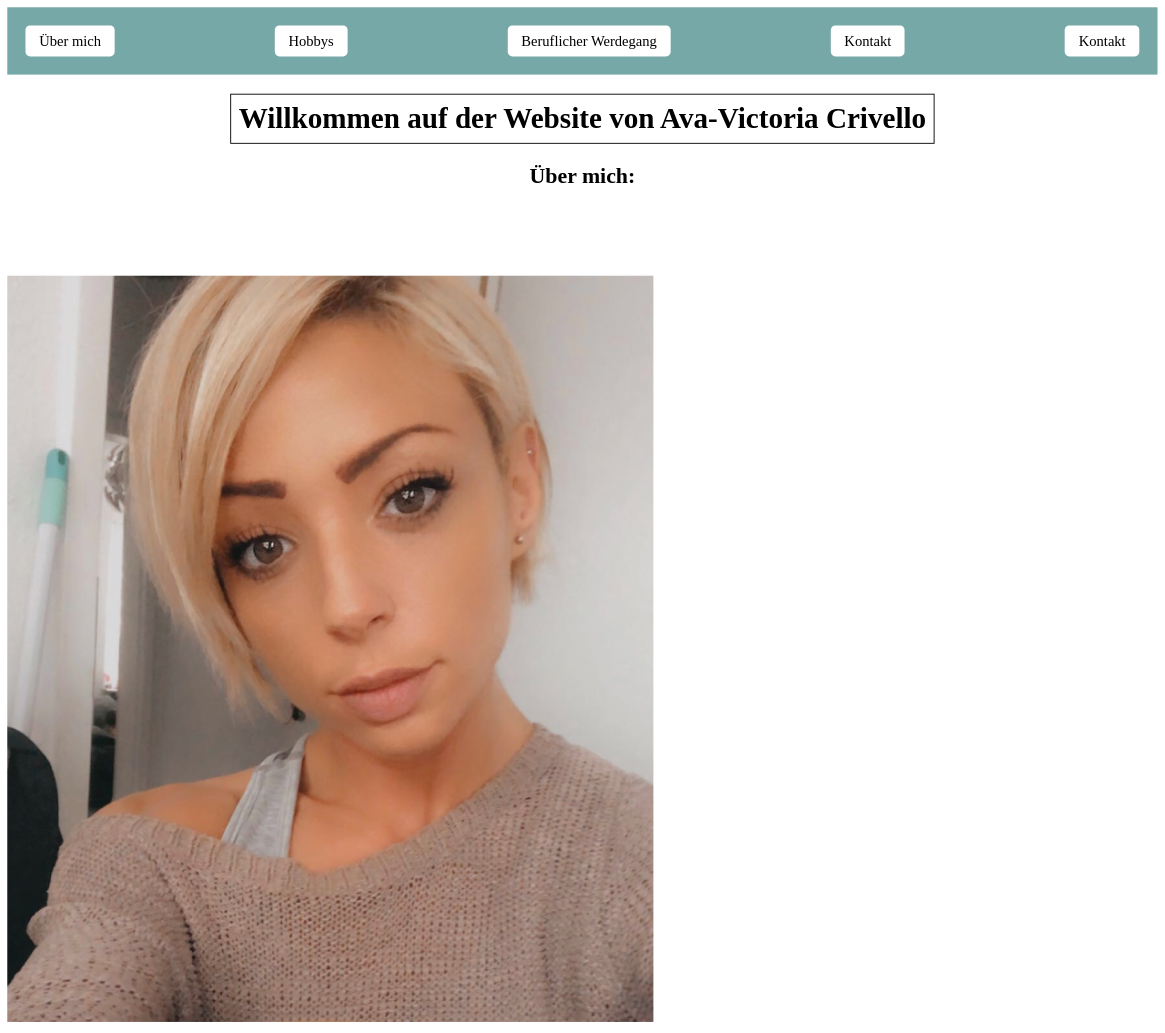
Repository: Ava-VictoriaCrivello/website
Page: index.html
The author's editor kept a copy of each file at every save. The page is drawn from the files as they stood at one save, then again after the next save.
The browser window is 1280 px wide. The pictures show the whole page, at 91% of full size.
Some web fonts or font styles are not loaded; a fallback is used.

Above is the page before, as saved 2022-05-29 14:38:00.

### index.html
<!DOCTYPE html>
<html lang="en">
  <head>
    <meta charset="UTF-8" />
    <meta http-equiv="X-UA-Compatible" content="IE=edge" />
    <meta name="viewport" content="width=device-width, initial-scale=1.0" />
    <title>website</title>
    <link rel="stylesheet" href="style.css" />
    <link rel="preconnect" href="https://fonts.googleapis.com" />
    <link rel="preconnect" href="https://fonts.gstatic.com" crossorigin />
    <link
      href="https://fonts.googleapis.com/css2?family=Tiro+Telugu:ital@1&display=swap"
      rel="stylesheet"
    />
  </head>
  <body>
    <nav>
      <a class="button" href="name.#aboutme">Über mich</a>
      <a class="button" href="name.#hobbys">Hobbys</a>
      <a class="button" href="name.#work">Beruflicher Werdegang</a>
      <a class="button" href="name.#contact">Kontakt</a>
      <a class="button" href="name.#contact">Kontakt</a>
    </nav>

    <h1>Willkommen auf der Website von Ava-Victoria Crivello</h1>
    <h2>Über mich:</h2>
  </body>
  <article>
    <img id="ich" src="ich.png" alt="Frau mit blonden Haaren" />
  </article>
</html>

### style.css
nav {
  background-color: rgb(119, 168, 168);
  font-family: "Tiro Telugu", serif;
  padding: 20px;
  display: flex;
  justify-content: space-between;
  flex-wrap: wrap;
  gap: 20px;
  flex-direction: row;
}

.button {
  background-color: white;
  color: black;
  padding: 8px 15px;
  border-radius: 5px;
  text-decoration: none;
}

h1 {
  font-family: "Tiro Telugu", serif;
  color: black;
  border: thin solid;
  padding: 0.25em;
  margin-left: auto;
  margin-right: auto;
  max-width: max-content;
  text-align: center;
}
h2 {
  font-family: "Tiro Telugu", serif;
  font-weight: bolder;
  margin-bottom: 4em;
  text-align: center;
}
#ich {
}

After the next save:
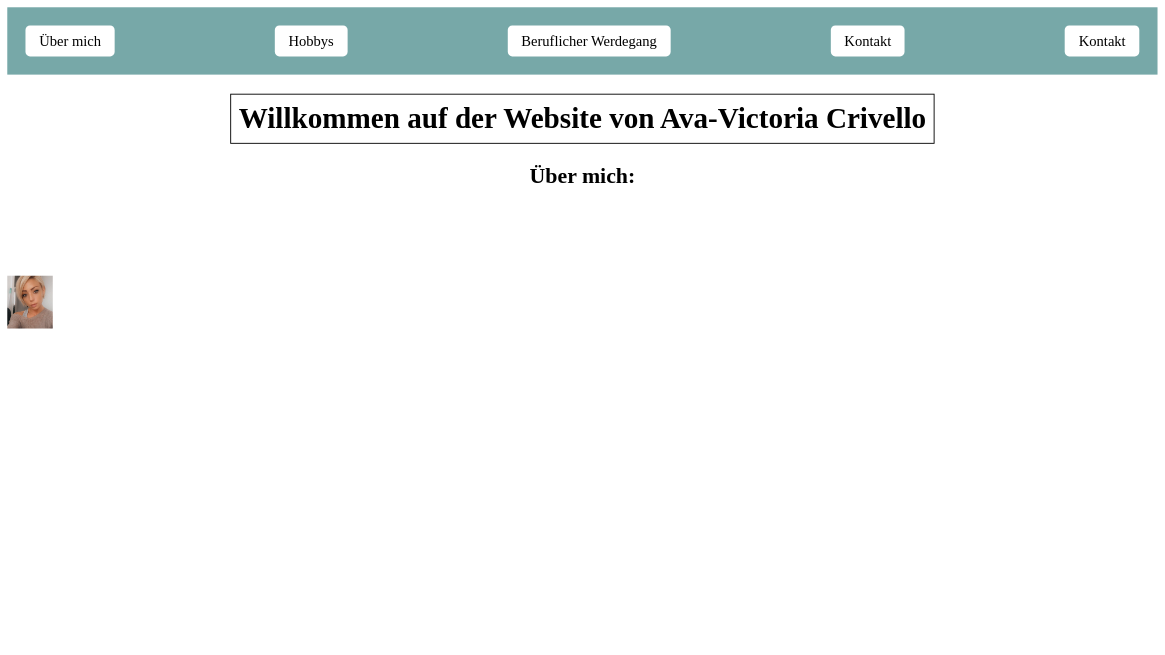
Saved 5 h 8 min later.
--- a/index.html
+++ b/index.html
@@ -26,6 +26,6 @@
     <h2>Über mich:</h2>
   </body>
   <article>
-    <img id="ich" src="ich.png" alt="Frau mit blonden Haaren" />
+    <img id="ich" src="ich.png" alt="Frau mit blonden Haaren" width="50px" />
   </article>
 </html>
